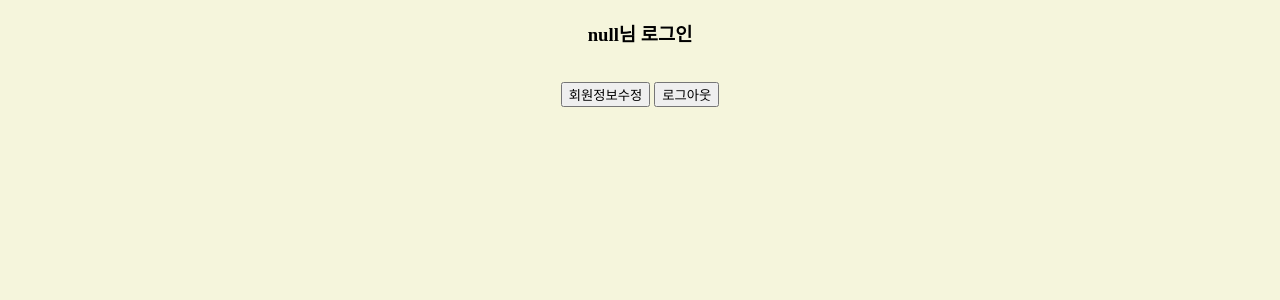
Repository: Gmajorlist/HTML
Page: http://localhost/memberJSP/member/loginOk.jsp
The author's editor kept a copy of each file at every save. The page is drawn from the files as they stood at one save, then again after the next save.
The browser window is 1280 px wide. The pictures show the whole page.
The page is served by Tomcat 9.

Above is the page before, as saved 2023-03-06 08:31:56.

After the next save:
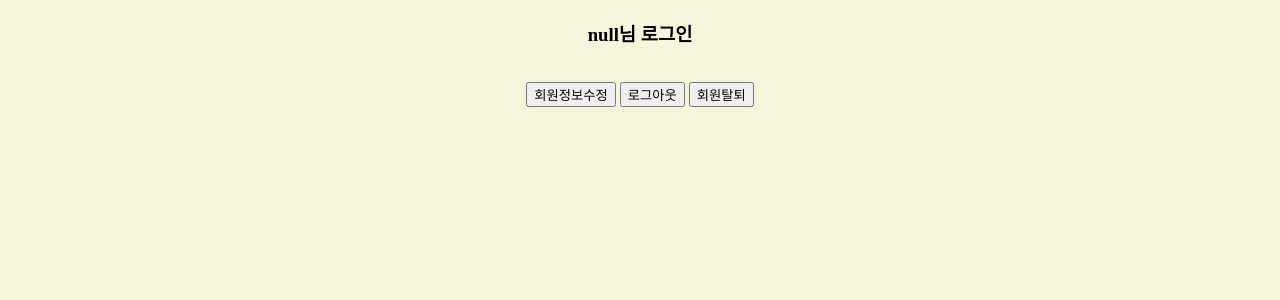
Saved 8 min 7 s later.
--- a/memberJSP/src/main/webapp/member/loginOk.jsp
+++ b/memberJSP/src/main/webapp/member/loginOk.jsp
@@ -40,6 +40,10 @@
 <h3><%=name %>님 로그인</h3>
 	<br>
 	<input type="button" value="회원정보수정" onclick="location.href='updateForm.jsp'">
+
 	<input type="button" value="로그아웃" onclick="location.href='logout.jsp'">
+
+	<input type="button" value="회원탈퇴" onclick="location.href='deleteForm.jsp'">
+
 </body>
 </html>
